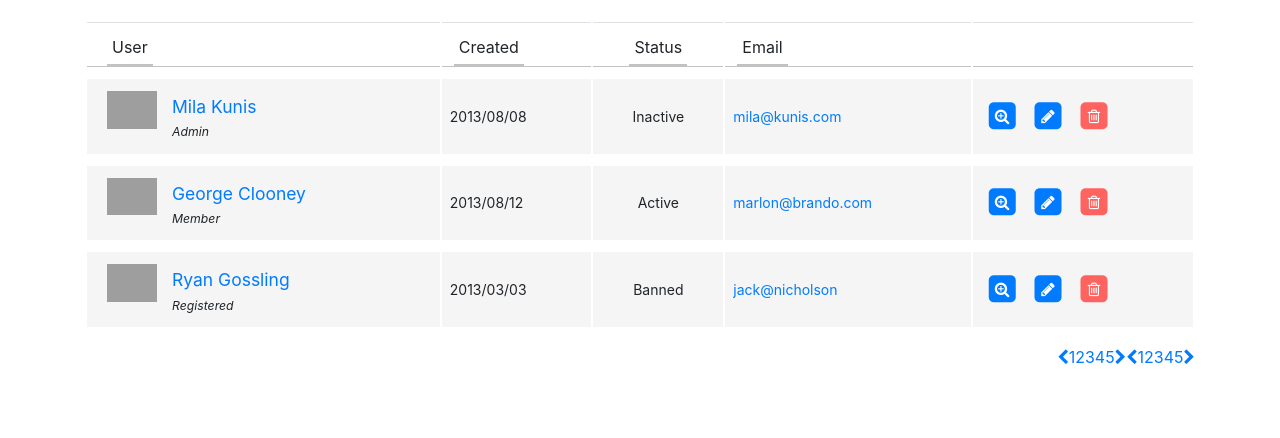
Repository: tienhoang123/Demo
Page: http://localhost/User/WEB-INF/views/home.jsp
An editor plug-in stored every save of this project. The page is shown before and after the next save, followed by the edit.
The browser window is 1280 px wide. The pictures show the whole page.
Pictures or frames that could not be fetched are drawn as grey boxes. Some web libraries are served in a nearby version. The page is served by Tomcat 9. Nobody is signed in. The template is opened directly, without the code that normally fills it, so the values that code supplies are empty.

Above is the page before, as saved 2019-10-14 06:30:26.
Console error: TypeError: Cannot read properties of undefined (reading 'fn')

After the next save:
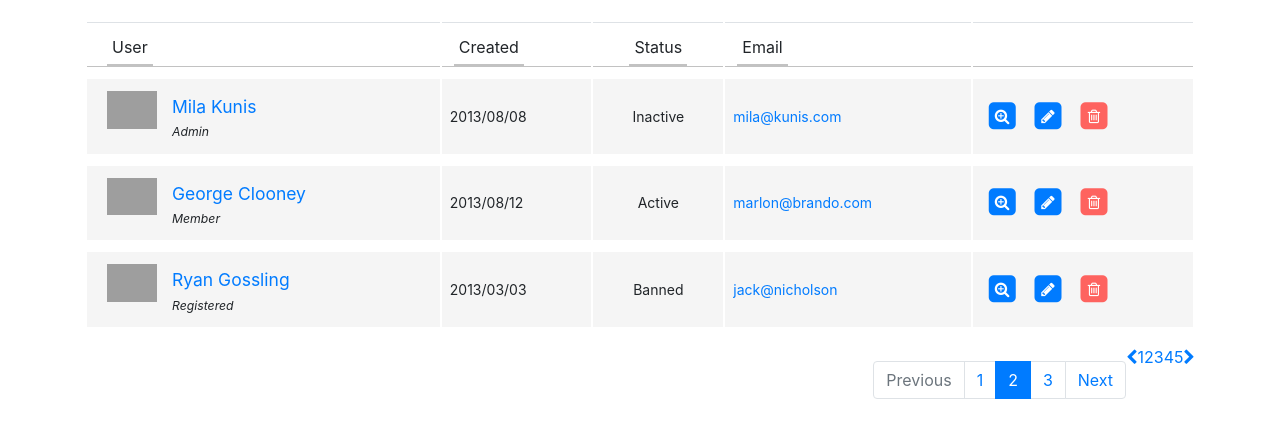
Saved 73 s later.
--- a/DemoCrud/User/src/main/webapp/WEB-INF/views/home.jsp
+++ b/DemoCrud/User/src/main/webapp/WEB-INF/views/home.jsp
@@ -119,15 +119,22 @@
 						<li><a href="#"><i class="fa fa-chevron-right"></i></a></li>
 					</ul>
 
-					<ul class="pagination pull-right">
-						<li><a href="#"><i class="fa fa-chevron-left"></i></a></li>
-						<li><a href="#">1</a></li>
-						<li><a href="#">2</a></li>
-						<li><a href="#">3</a></li>
-						<li><a href="#">4</a></li>
-						<li><a href="#">5</a></li>
-						<li><a href="#"><i class="fa fa-chevron-right"></i></a></li>
-					</ul>
+<nav aria-label="...">
+                    <ul class="pagination justify-content-end mt-3 mr-3">
+                        <li class="page-item disabled">
+                            <span class="page-link">Previous</span>
+                        </li>
+                        <li class="page-item"><a class="page-link" href="#">1</a></li>
+                        <li class="page-item active">
+                            <span class="page-link">2<span class="sr-only">(current)</span>
+                            </span>
+                        </li>
+                        <li class="page-item"><a class="page-link" href="#">3</a></li>
+                        <li class="page-item">
+                            <a class="page-link" href="#">Next</a>
+                        </li>
+                    </ul>
+                </nav>
 
 
 				</div>
